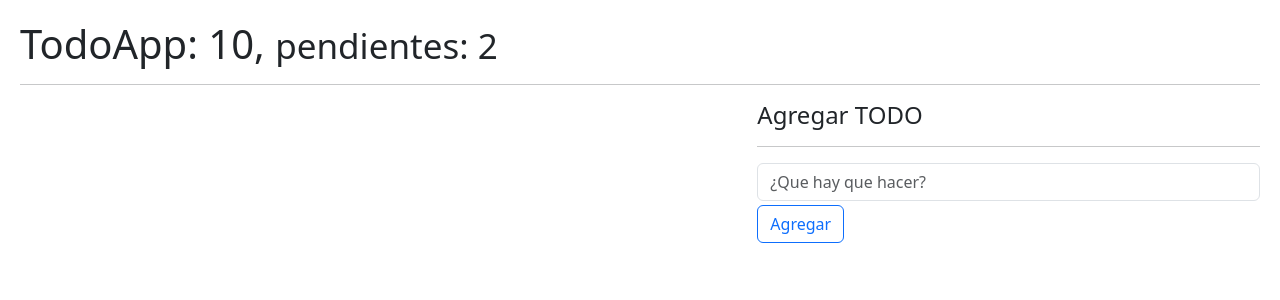
Repository: bryanesteban/hooks-App
Page: /
The author's editor kept a copy of each file at every save. The page is drawn from the files as they stood at one save, then again after the next save.
The browser window is 1280 px wide. The pictures show the whole page.
The project was rebuilt for these pictures with package versions that can differ from the ones it lists, and the page was loaded fresh each time. Also part of the build but not shown: vite.config.js, src/HooksApp.jsx, src/01-useState/CounterApp.jsx, src/hooks/useCounter.jsx, src/01-useState/CounterWithCustomHook.jsx, src/02-useEffect/Message.jsx, src/02-useEffect/SimpleForm.jsx, src/02-useEffect/FormWithCustomHook.jsx and 12 more.

Above is the page before, as saved 2024-08-17 08:35:45.

After the next save:
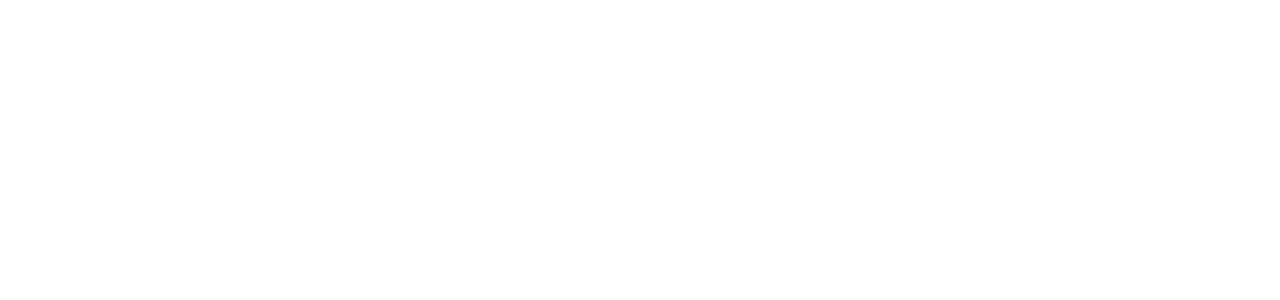
Console error: ReferenceError: Cannot access 'initialState' before initialization
Saved 20 s later.
--- a/src/08-useReducer/useTodo.jsx
+++ b/src/08-useReducer/useTodo.jsx
@@ -4,13 +4,16 @@
 
 export const useTodo = () => {
 
-    const initialState = [];
 
     const init = () => {
         return JSON.parse(localStorage.getItem('state')) || [];
     }
 
     const [state, dispatch] = useReducer(todoReducer, initialState,init );
+
+
+
+    const initialState = [];
 
     const handleNewTodo = (todo) => {
         const action = {

After the save that followed:
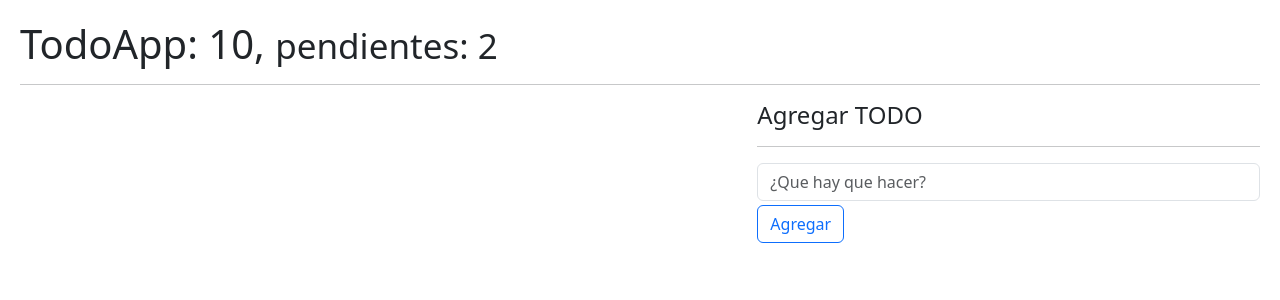
The error is gone.
Saved 4 s later.
--- a/src/08-useReducer/useTodo.jsx
+++ b/src/08-useReducer/useTodo.jsx
@@ -4,16 +4,13 @@
 
 export const useTodo = () => {
 
+    const initialState = [];
 
     const init = () => {
         return JSON.parse(localStorage.getItem('state')) || [];
     }
 
     const [state, dispatch] = useReducer(todoReducer, initialState,init );
-
-
-
-    const initialState = [];
 
     const handleNewTodo = (todo) => {
         const action = {
